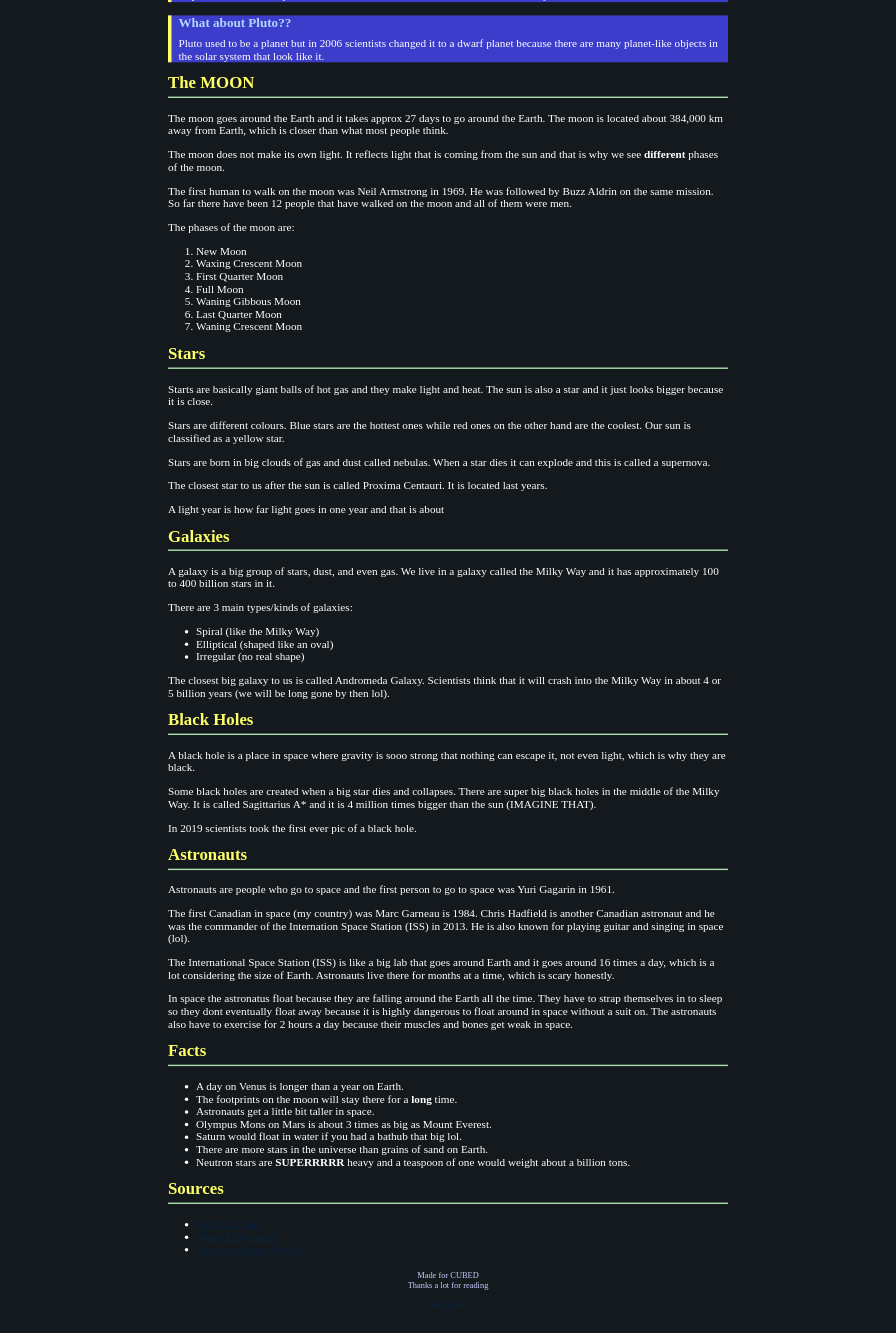
Repository: manayparikh1/Spacify
Page: index.html
An editor plug-in stored every save of this project. The page is shown before and after the next save, followed by the edit.
The browser window is 1280 px wide. The pictures show the part of the page from y = 2020 to 3940 px (the page is 3924 px tall before and 3940 px after), at 70% of full size.

Above is the page before, as saved 2026-10-30 21:41:50.

After the next save:
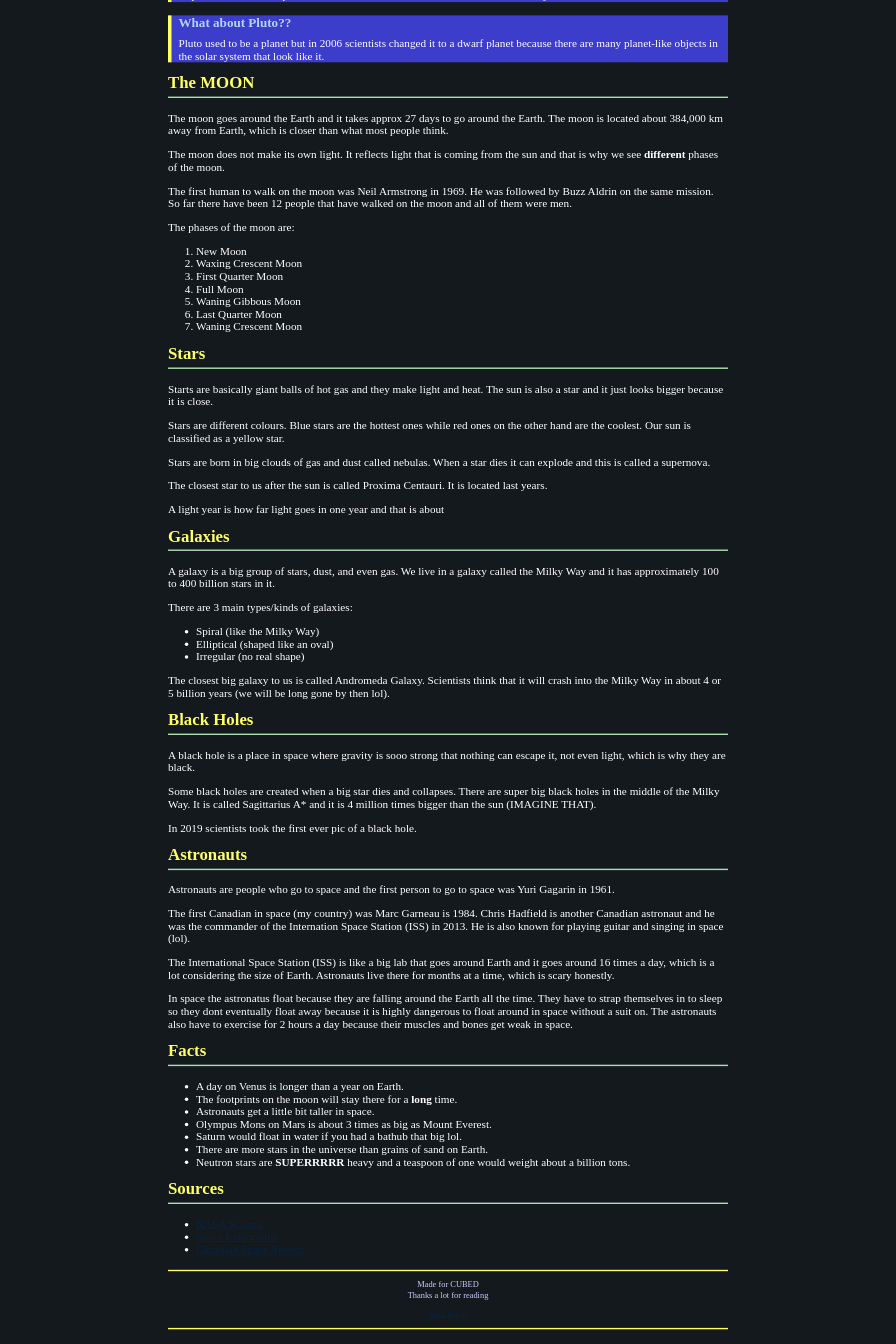
Saved 2 min 14 s later.
--- a/style.css
+++ b/style.css
@@ -87,5 +87,7 @@ td {
 .footer {
     text-align: center;
     margin-top: 20px;
+    border-top: 2px solid #ffff66;
+    border-bottom: 2px solid #ffff66;
 
 }
